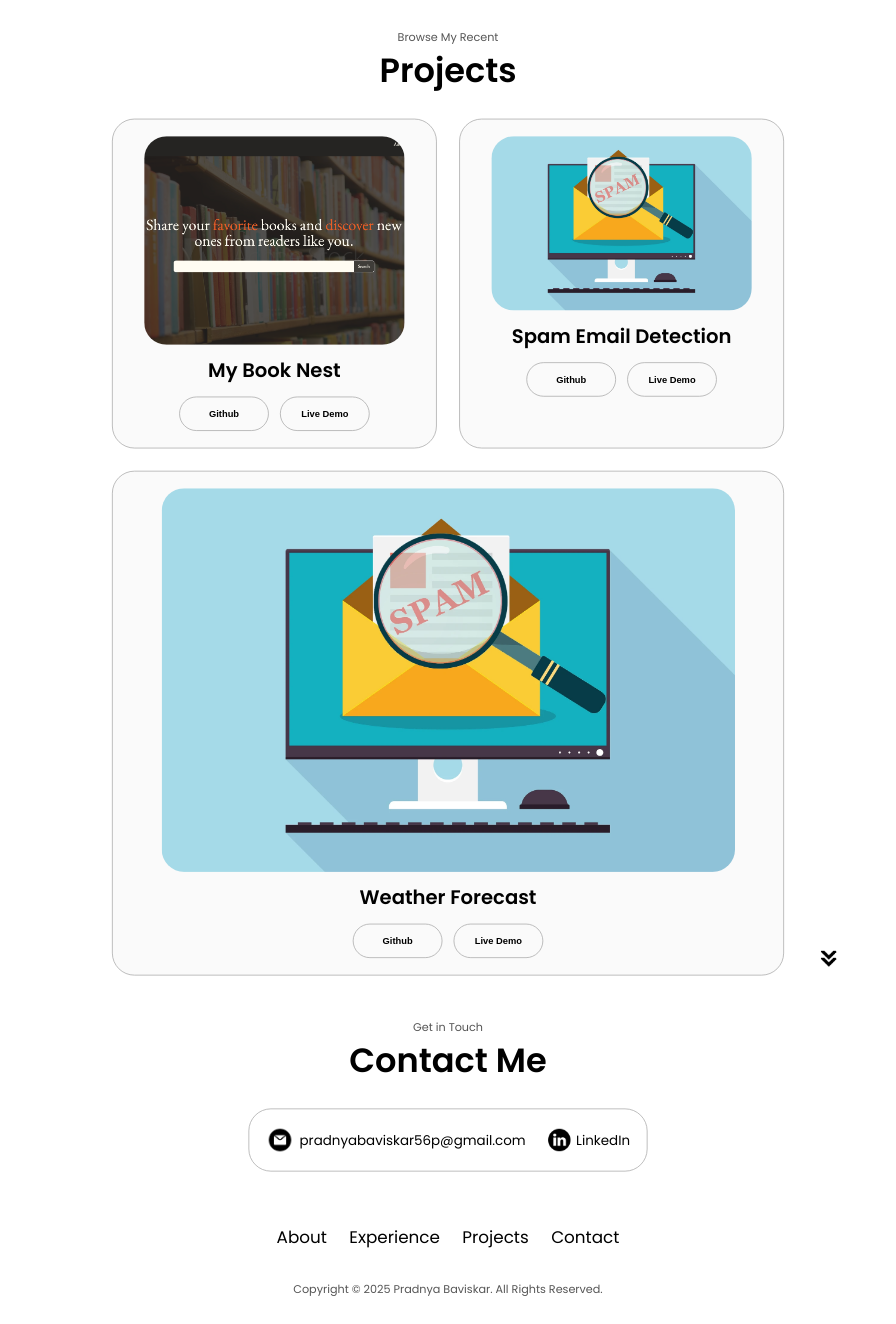
Repository: Pradnya-07/Portfolio-Pradnya
Page: index.html
An editor plug-in stored every save of this project. The page is shown before and after the next save, followed by the edit.
The browser window is 1280 px wide. The pictures show the part of the page from y = 2522 to 4442 px (the page is 4414 px tall before and 4442 px after), at 70% of full size.

Above is the page before, as saved 2025-04-25 16:47:36.

After the next save:
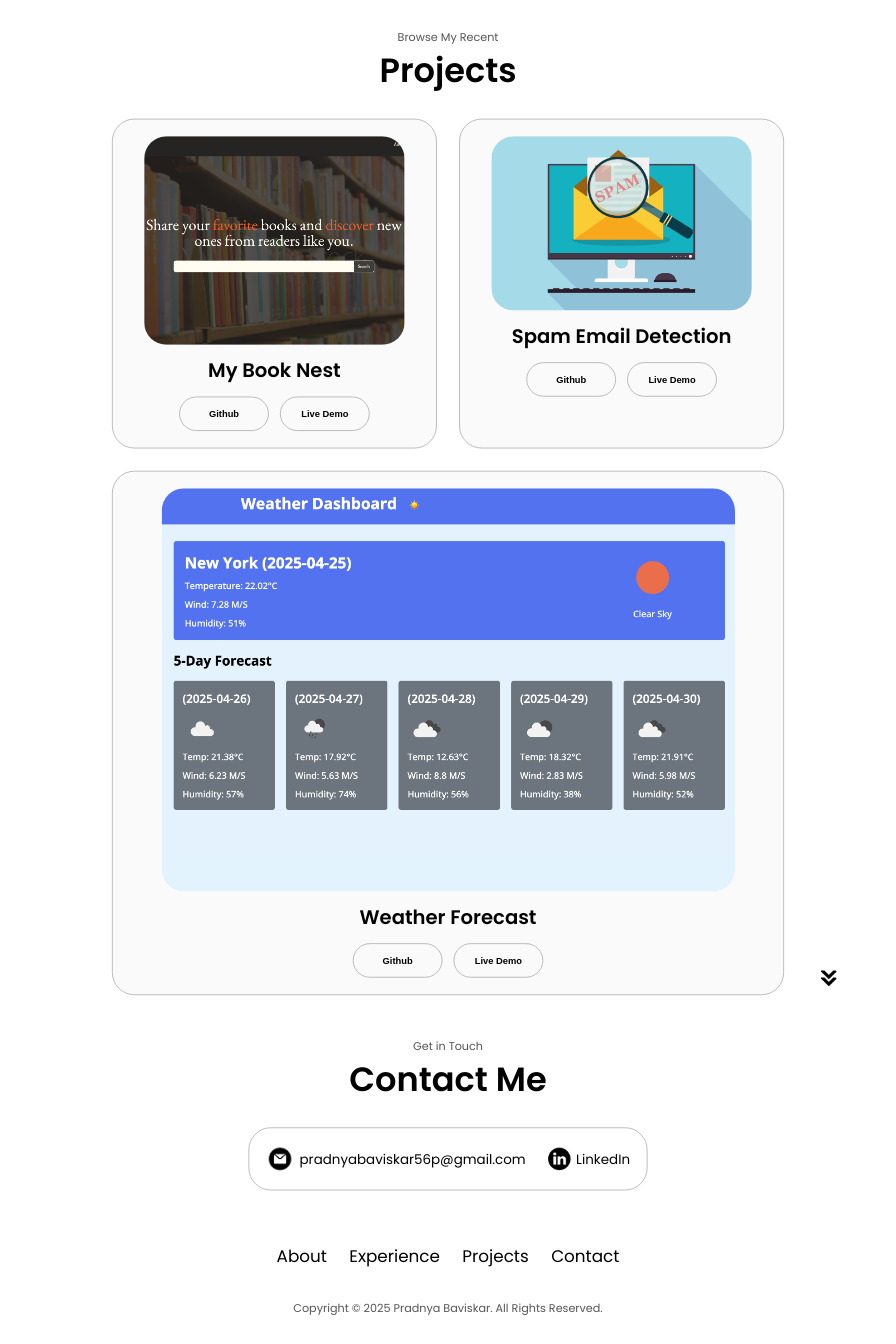
Saved 15 min 21 s later.
--- a/index.html
+++ b/index.html
@@ -352,7 +352,7 @@
           <div class="details-container color-container">
             <div class="article-container">
               <img
-                src="./assets/scam.png"
+                src="./assets/forecast.png"
                 alt="Project 3"
                 class="project-img"
               />
